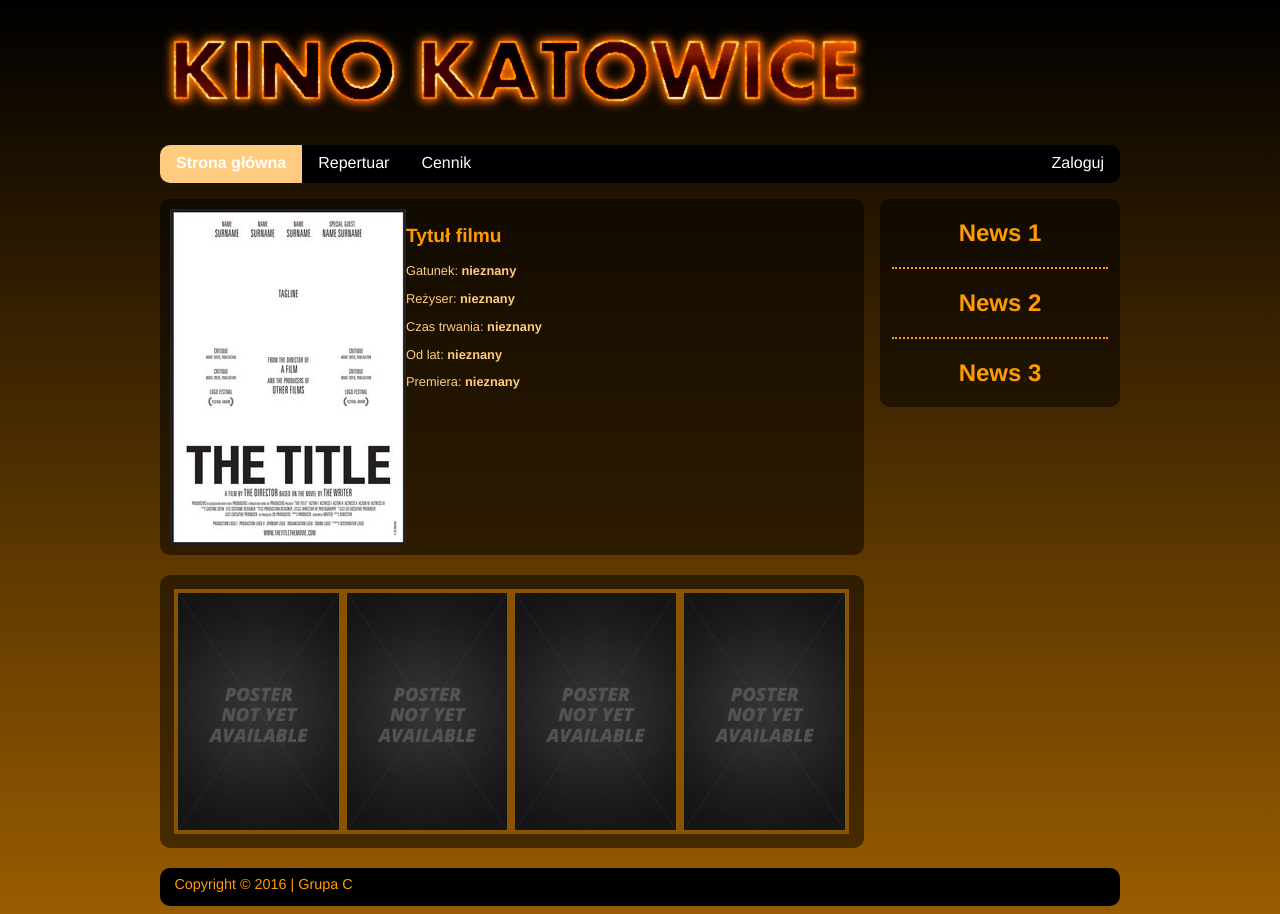
Repository: Gate4/Grupa-C
Page: http://localhost/KinoWebApp/WEB-INF/jsp/welcome.jsp
An editor plug-in stored every save of this project. The page is shown before and after the next save, followed by the edit.
The browser window is 1280 px wide. The pictures show the whole page.
Some web libraries are served in a nearby version. The page is served by Tomcat 9. Nobody is signed in. The template is opened directly, without the code that normally fills it, so the values that code supplies are empty.

Above is the page before, as saved 2016-04-21 21:59:34.

After the next save:
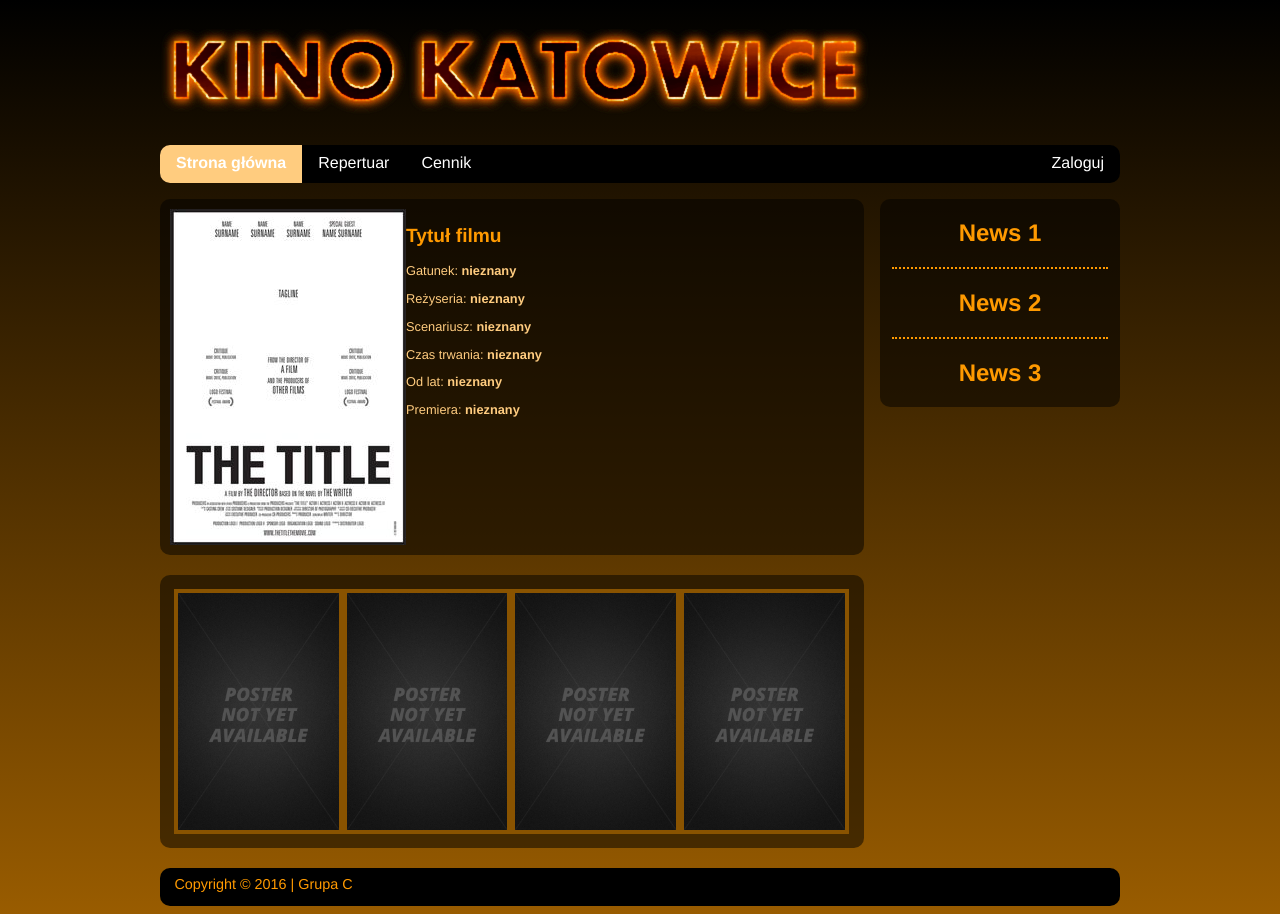
Saved 98 s later.
--- a/KinoWebApp/WebContent/WEB-INF/jsp/welcome.jsp
+++ b/KinoWebApp/WebContent/WEB-INF/jsp/welcome.jsp
@@ -37,7 +37,8 @@
 					<img src="resources/img/poster1.jpg" alt="Tytuł filmu 1">
 					<h2>Tytuł filmu</h2>
 					<p>Gatunek: <span>nieznany</span></p>
-					<p>Reżyser: <span>nieznany</span></p>
+					<p>Reżyseria: <span>nieznany</span></p>
+					<p>Scenariusz: <span>nieznany</span></p>
 					<p>Czas trwania: <span>nieznany</span></p>
 					<p>Od lat: <span>nieznany</span></p>
 					<p>Premiera: <span>nieznany</span></p>
